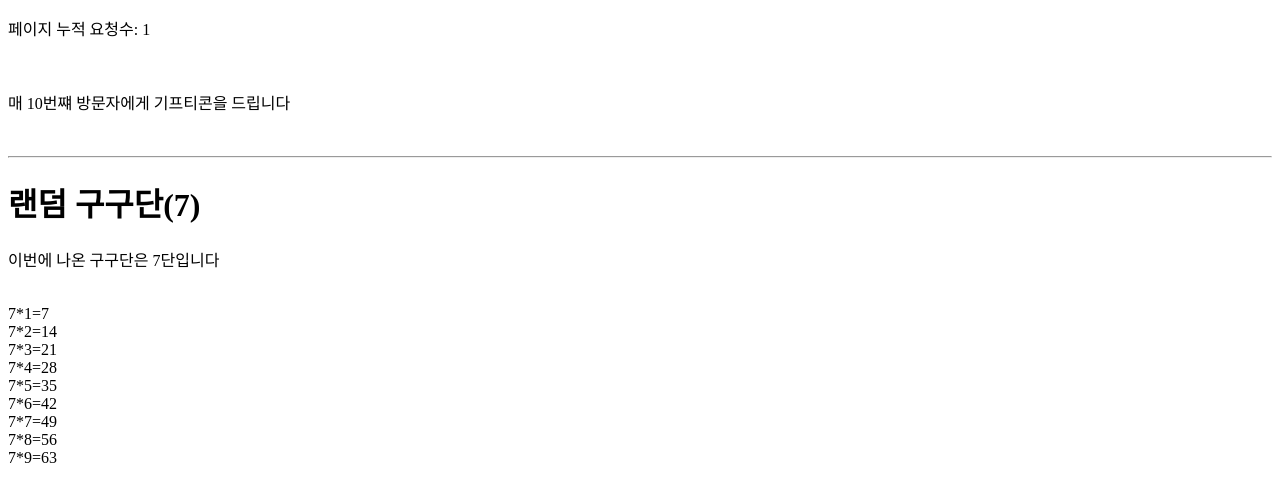
Repository: djdh94/jsp_practice
Page: http://localhost/JSPBasic/jspObject/3.cookie/test.jsp
An editor plug-in stored every save of this project. The page is shown before and after the next save, followed by the edit.
The browser window is 1280 px wide. The pictures show the whole page.
The page is served by Tomcat 9.

Above is the page before, as saved 2022-02-04 12:28:50.

After the next save:
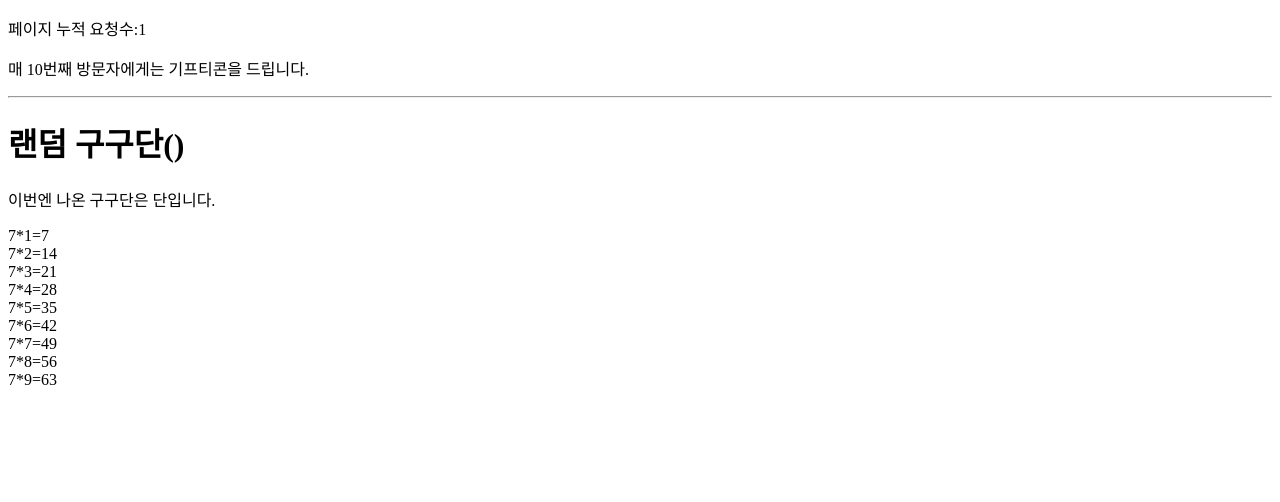
Saved 14 h 29 min later.
--- a/JSPBasic/src/main/webapp/jspObject/3.cookie/test.jsp
+++ b/JSPBasic/src/main/webapp/jspObject/3.cookie/test.jsp
@@ -11,26 +11,20 @@
 <body>
 	<%!
 	int total;
+	int dan=(int)(Math.random()*8)+2;
 	%>
 	<%
-	int dan=(int)(Math.random()*8)+2;
+
 	%>
-
-	<p>페이지 누적 요청수: <%=(++total)%></p><br/>
-	<p>매 10번쨰 방문자에게 기프티콘을 드립니다</p><br/>
-	<% if(total%10==0){%>
-	당첨되셨습니다.
-	<% }%>
-
+	<p>페이지 누적 요청수:<%=++total %></p>
+	<p>매 10번째 방문자에게는 기프티콘을 드립니다.</p>
 	<hr/>
-	<h1>랜덤 구구단(<%=dan %>)</h1>
-	<p>이번에 나온 구구단은 <%=dan %>단입니다</p><br/>
+	<h1>랜덤 구구단()</h1>
+	<p>이번엔 나온 구구단은 단입니다.</p>
 	<%
-	for(int i=1; i<10; i++ ){
-		out.println(dan+"*"+i+"="+dan*i+"<br/>");
-		}
-	%>
-
+	for(int i=1; i<10; i++){
+	out.println(dan+"*"+i+"="+dan*i+"<br/>");
+	}%>
 
 </body>
 </html>
